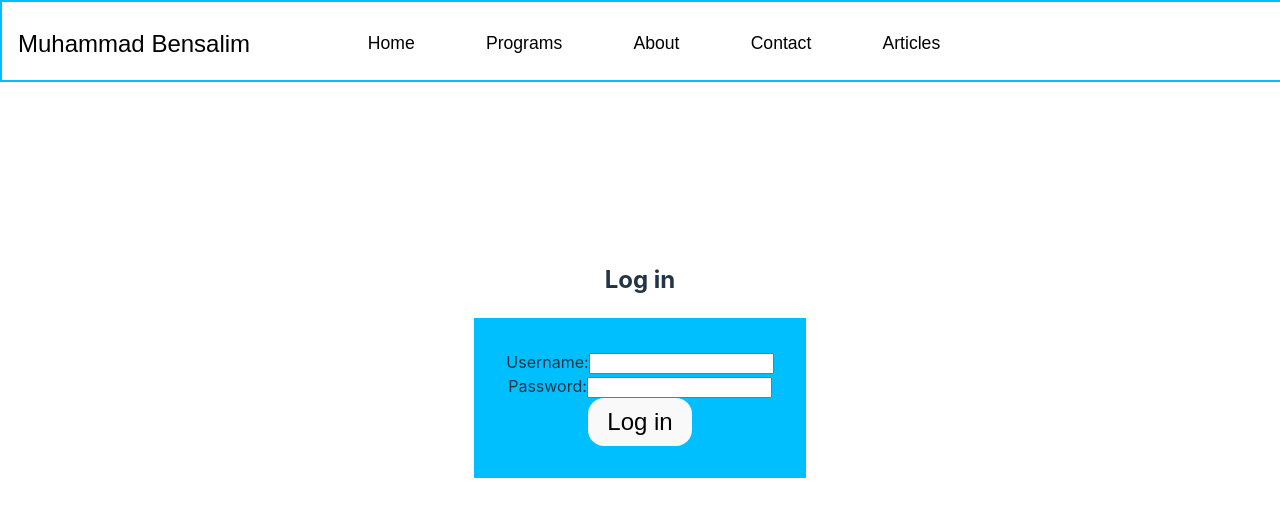
Repository: TMuse333/fitness_templates
Page: /progress
An editor plug-in stored every save of this project. The page is shown before and after a run of saves, followed by the edit.
The browser window is 1280 px wide. The pictures show the whole page.
The project was rebuilt for these pictures with package versions that can differ from the ones it lists, and the page was loaded fresh each time. Also part of the build but not shown: vite.config.js, src/components/herobanner/herobanner.css, src/components/herobanner/herobanner.jsx, src/components/about/about.css, src/components/about/about.jsx, src/components/serviceOffering/serviceOffering.css, src/components/serviceOffering/serviceOffering.jsx, src/data/data.js and 33 more. Imported but missing from the stored project, and not drawn on this page: src/media/best_dunk.mp4.

Above is the page before, as saved 2024-03-09 19:22:17.

After the next 7 saves:
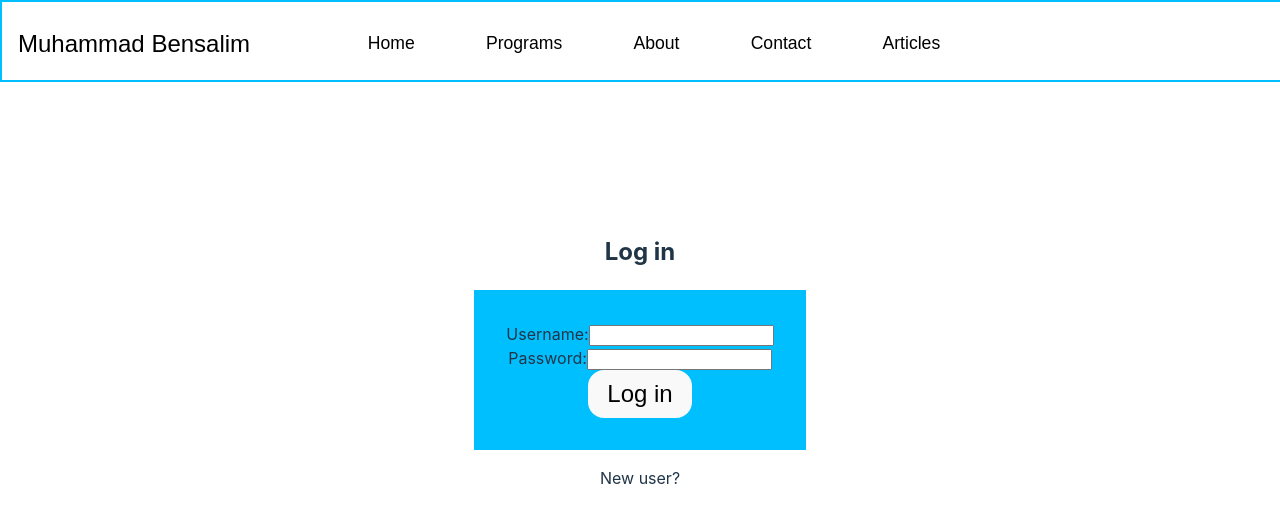
The 7 saves are shown as one change because 1 did not build or start and some came seconds apart.
The last was saved 85 s later.
--- a/src/components/login/Login.jsx
+++ b/src/components/login/Login.jsx
@@ -19,7 +19,9 @@ const Login = () => {
 
             <button type="submit">Log in</button>
           </form>
+
         </div>
+        <p>New user? </p>
       </div>
     </>
   );
